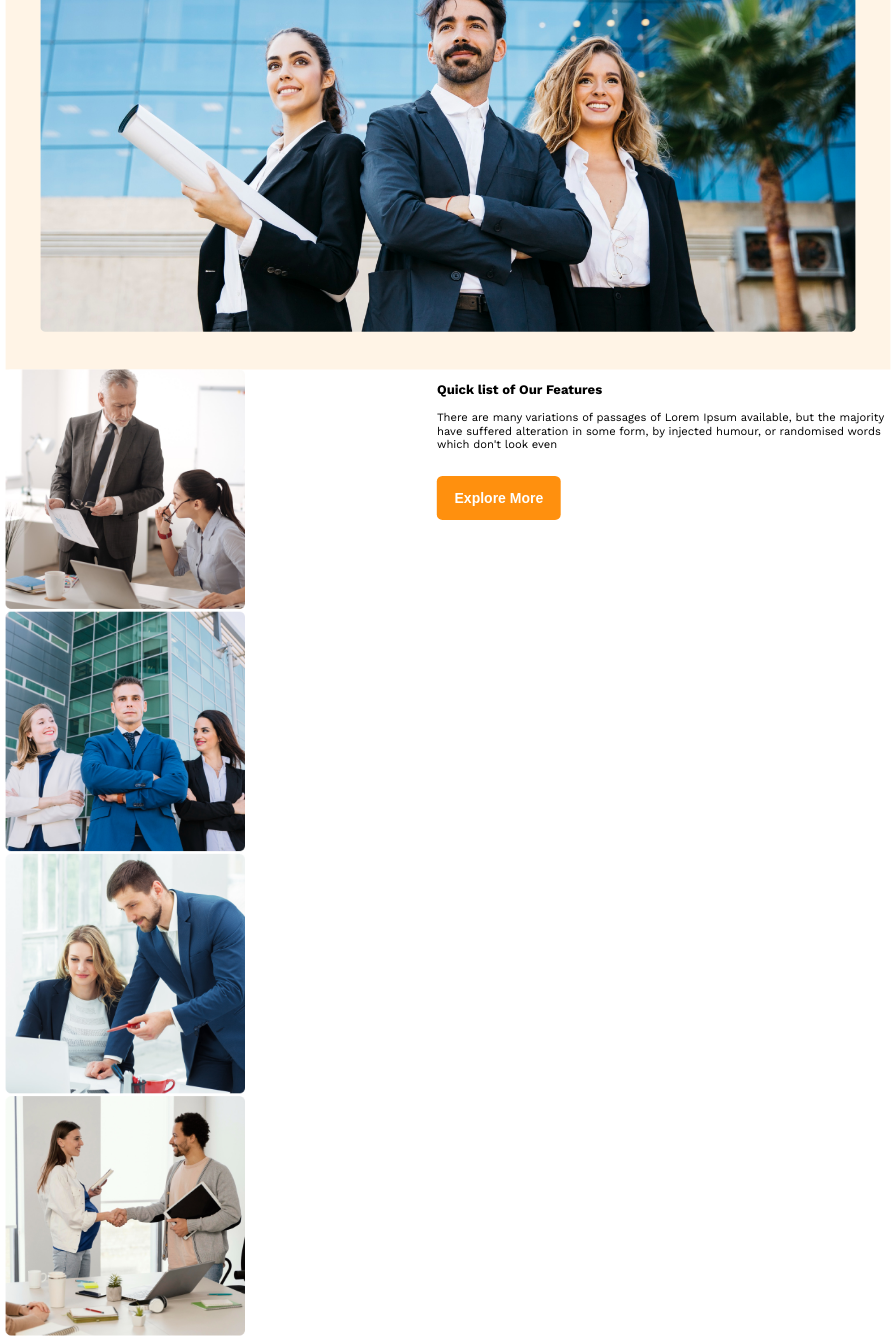
Repository: dollyrakhe22/g3-architects-website
Page: index.html
An editor plug-in stored every save of this project. The page is shown before and after the next save, followed by the edit.
The browser window is 1280 px wide. The pictures show the part of the page from y = 687 to 2607 px (the page is 2607 px tall before and 1907 px after), at 70% of full size.

Above is the page before, as saved 2025-07-20 20:40:46.

### index.html
<!DOCTYPE html>
<html lang="en">
<head>
    <meta charset="UTF-8">
    <meta name="viewport" content="width=device-width, initial-scale=1.0">
    <title>Architects Website</title>
    <link rel="stylesheet" href="style.css">
</head>
<body class="work-sans-font">
   <header>
     <header class="bg-light">
           <nav class="navbar  display-flex">
             <h3 class="brand">G3 Architects</h3>
             <ul class="nav-links display-flex">
              <li class="nav-item"><a href="" class="nav-link text-gray ">Home</a></li>
              <li class="nav-item"><a href="" class="nav-link text-gray ">About</a></li>
              <li class="nav-item"><a href="" class="nav-link text-gray ">Contact Us</a></li>
              <li class="nav-item"><a href="" class="nav-link text-gray ">Login</a></li>
             </ul>
           </nav>
           <div class="banner">
          <div class="banner-content">
              <h1 class="banner-title">Brand New Group of Architects </h1>
              <p class="banner-description">There are many variations of passages of Lorem Ipsum available, but the majority have suffered alteration in some form, by injected humour,
              or randomised words which don't look even</p>
            <button class="btn-primary">Explore More</button>
          </div>
            <img class="banner-img" src="images/banner.png" alt="" srcset="">
           </div>
    </header>

   <main>
    <section class="teams display-flex">
      <div class="team-img-container">
      <img src="images/team1.png" alt="" srcset="">
      <img src="images/team2.png" alt="" srcset="">
      <img src="images/team3.png" alt="" srcset="">
      <img src="images/team4.png" alt="" srcset="">
      </div>
      <div class="our-features">
          <h3 class="feature-title">Quick list of Our Features</h3>
           <p class="feature-description">There are many variations of passages of Lorem Ipsum available, but the majority have suffered alteration in some form, by injected humour,
             or randomised words which don't look even</p>
             <button class="btn-primary">Explore More</button>
      </div>
    </section>

   </main>
    <footer>

    </footer>
</body>
</html>

### style.css
@import url('https://fonts.googleapis.com/css2?family=Work+Sans:ital,wght@0,100..900;1,100..900&display=swap');

.work-sans-font {
  font-family: "Work Sans", sans-serif;
  font-optical-sizing: auto;
  font-weight: 400px;
  font-style: normal;
}
/*shared styles*/
.display-flex{
  display: flex;
}
/*dark 02*/
.text-gray{
  color: #424242;
}
/*dark 03*/
.text-light-gray{
  color:#727272;
}
.navbar{
  justify-content: space-between;
  align-items: center;
}
.bg-light{
  background-color: rgba(255, 144, 14, 0.1);
}
.brand{
  font-weight: 700;
  font-size: 3rem;
}
/*header styles*/
/*main*/
main{
  max-width: 1440px;
  margin: 0 auto;
}

/*navbar related styles*/
.navbar{
  display: flex;
}
.nav-item{
  list-style: none;
  margin-right: 30px;
}
.nav-link{
  text-decoration: none;
  font-size: 500;
}
.navbar,.banner {
  max-width: 1200px;
  margin: 0 auto;

}


/*banner related styles*/
.banner-content{
  max-width: 800px;
  margin: 0 auto;
  text-align: center;
  margin-bottom: 20px;

}
.banner{
  padding: 50px;

}
.banner-img{
  width: 100%;
}
.banner-title{
  font-weight: 700;
  font-size: 4rem;
}
.banner-description{
  font-size: 13px;


}
.btn-primary{
  background-color: #FF900E;
  color: white;
  padding: 20px 25px;
  font-size: 1.25rem;
  font-weight: 600;
  border:none;
  border-radius: 8px;
  margin-top: 20px;
  margin-top: 20px;

}
/*responsive media query*/
@media screen and (max-width: 576px){
  .navbar, .nav-link{
    flex-direction: column;
  }


}

After the next save:
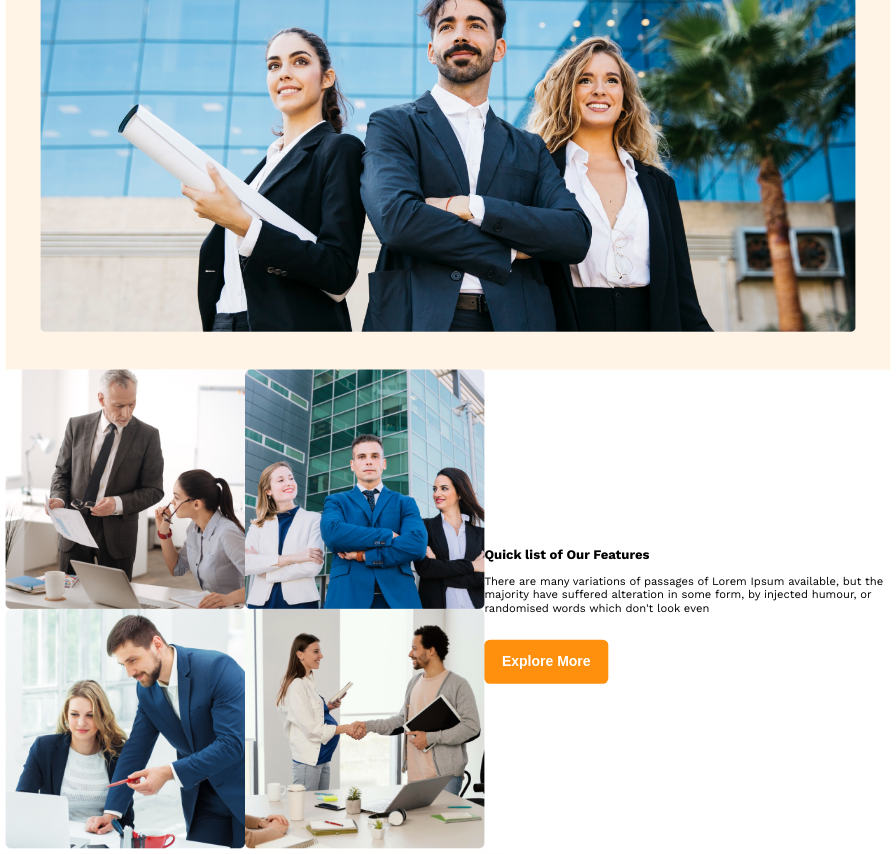
Saved 4 min 26 s later.
--- a/style.css
+++ b/style.css
@@ -91,6 +91,18 @@ main{
   margin-top: 20px;
 
 }
+/*team work and features style*/
+.teams{
+  align-items: center;
+}
+.team-img-container{
+  display: grid;
+  grid-template-columns: repeat(2,1fr);
+}
+
+
+
+
 /*responsive media query*/
 @media screen and (max-width: 576px){
   .navbar, .nav-link{
